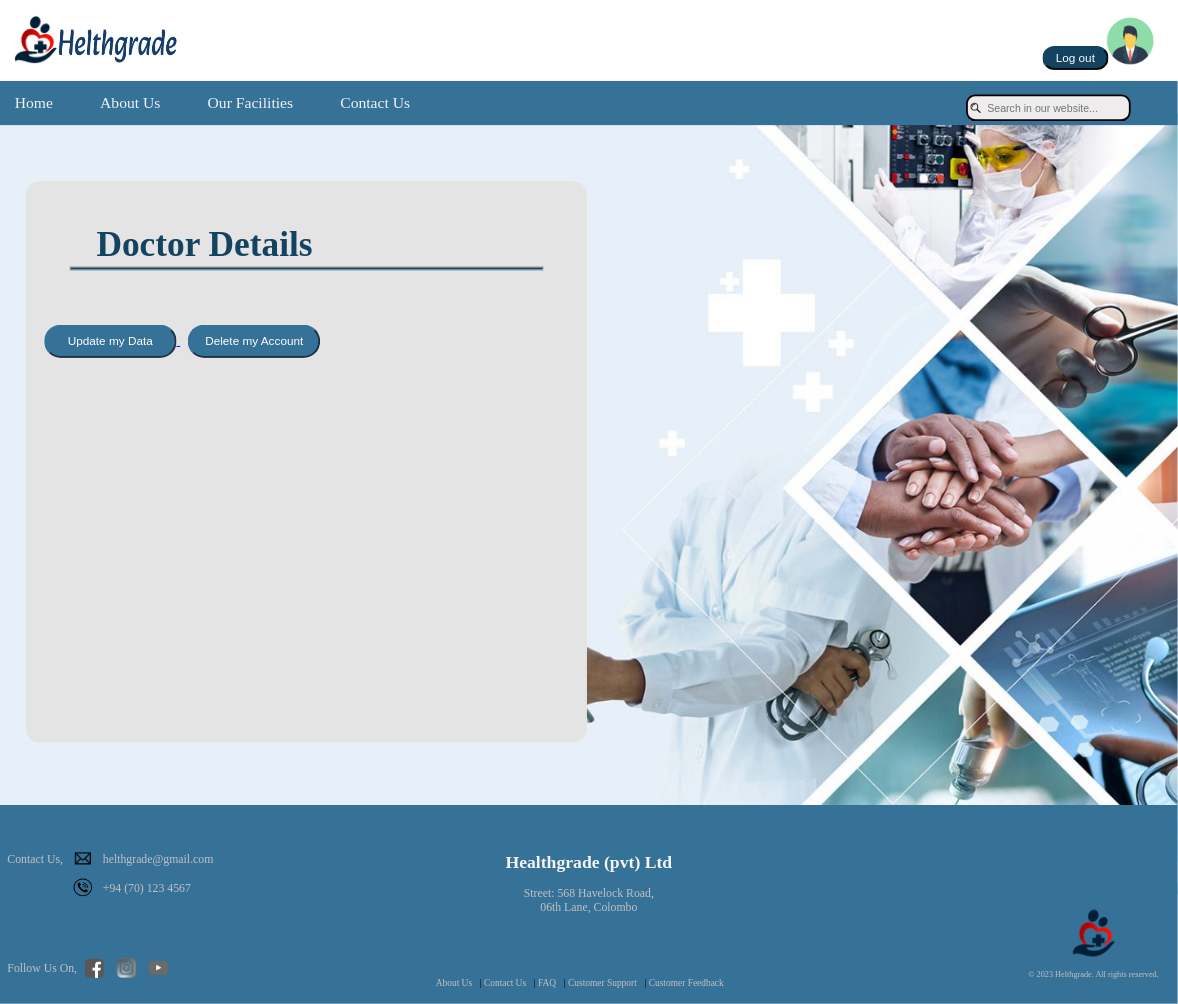
Repository: ILWijewardhana/echannelling-System
Page: http://localhost/echanneling/Doctor.jsp
An editor plug-in stored every save of this project. The page is shown before and after the next save, followed by the edit.
The browser window is 1280 px wide. The pictures show the whole page, at 92% of full size.
The page is served by Tomcat 9. The template is opened directly, without the code that normally fills it, so the values that code supplies are empty.

Above is the page before, as saved 2024-05-13 18:07:12.

After the next save:
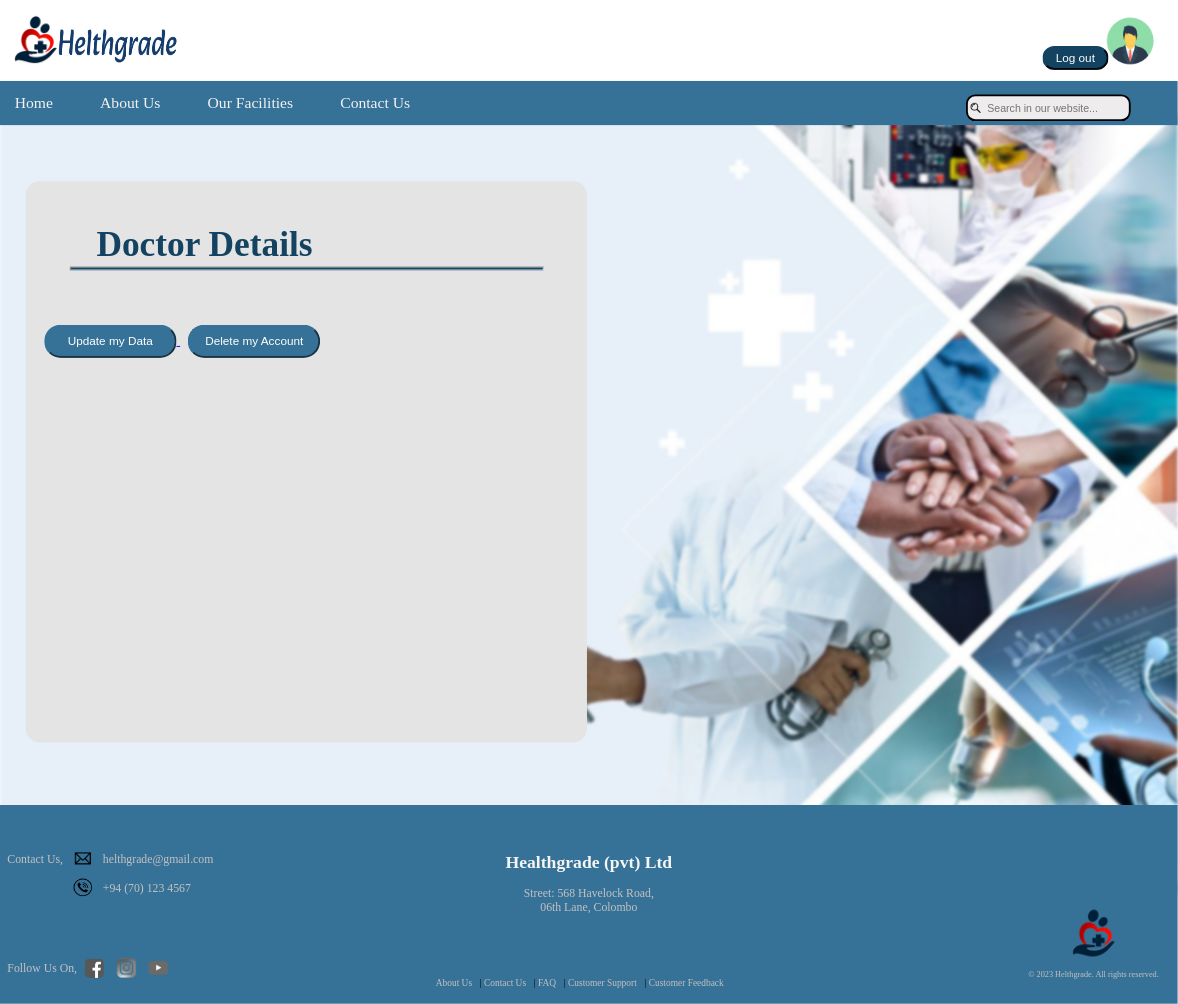
Saved 43 s later.
--- a/echanneling/src/main/webapp/CSS/doctor.css
+++ b/echanneling/src/main/webapp/CSS/doctor.css
@@ -17,7 +17,7 @@ body{
 	background-repeat: no-repeat;
 	background-size: cover;
 	z-index: -1;
-	filter:blur(0px);
+	filter:blur(2px);
 }
 
 #logo{
